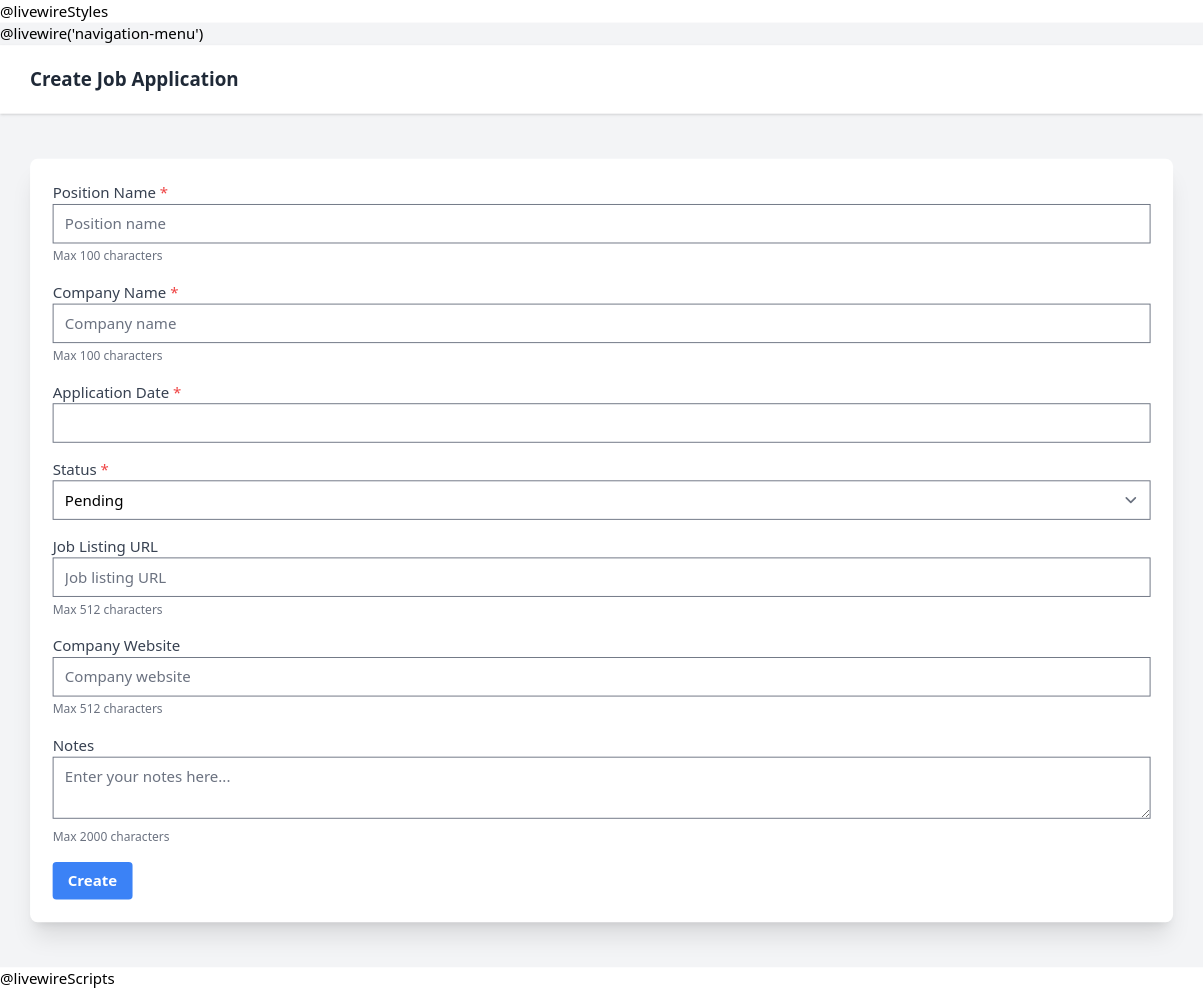
Repository: asanduk/vodafone
Page: resources/views/job-applications/create.blade.php
An editor plug-in stored every save of this project. The page is shown before and after the next save, followed by the edit.
The browser window is 1280 px wide. The pictures show the whole page, at 94% of full size.
An inner scrolling area shows only its first screen. The page is served by the project's Laravel application, run on PHP 8.4 with Laravel 12. The template is opened directly, without the code that normally fills it, so the values that code supplies are empty.

Above is the page before, as saved 2024-11-18 22:47:13.

After the next save:
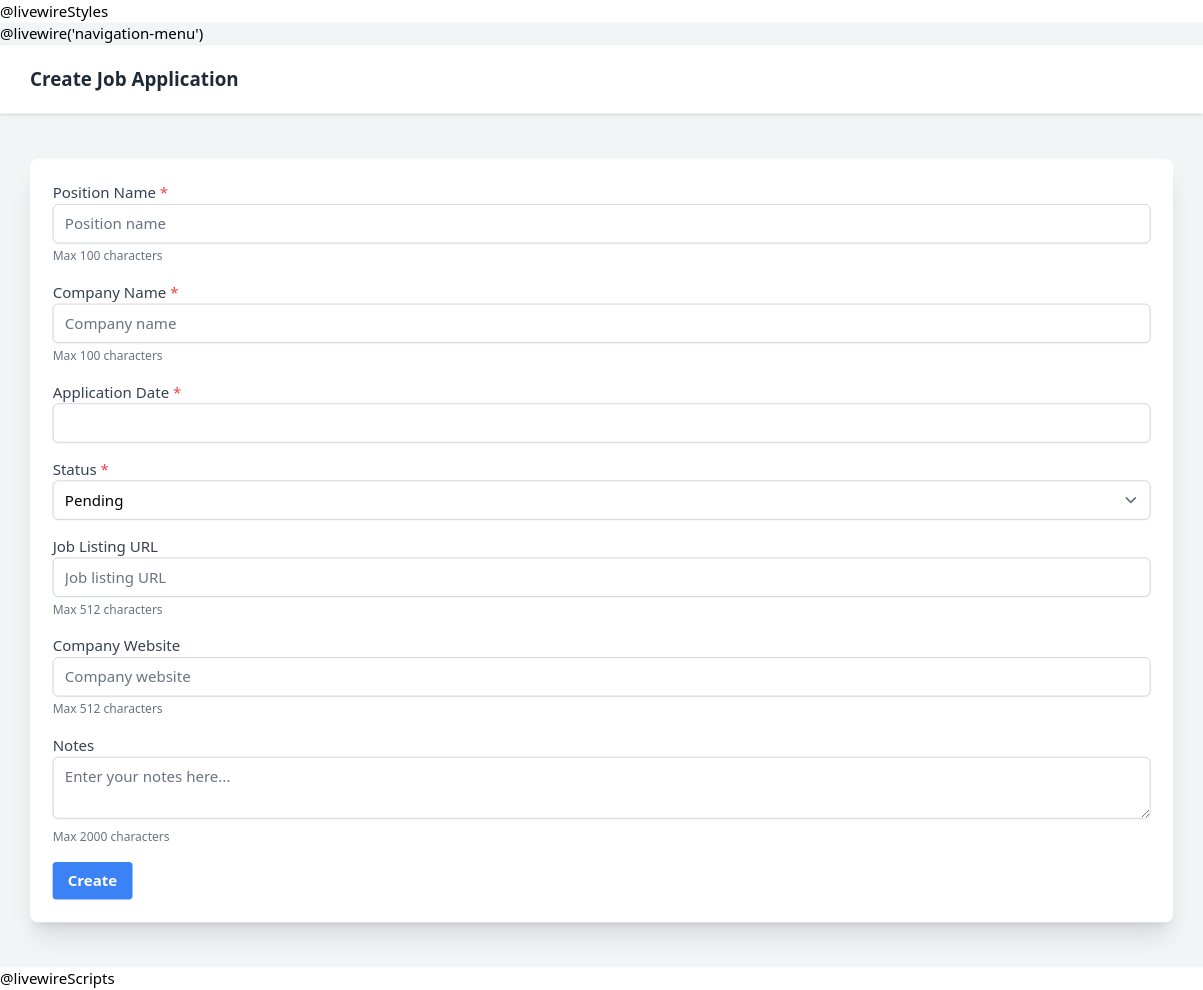
Saved 76 s later.
--- a/resources/views/job-applications/create.blade.php
+++ b/resources/views/job-applications/create.blade.php
@@ -12,25 +12,25 @@
                     @csrf
 
                     <div class="form-group mb-4">
-                        <label for="position" class="block text-gray-700">Position Name <span class="text-red-500">*</span></label>
-                        <input type="text" name="position" id="position" class="form-control w-full" required maxlength="100" placeholder="Position name">
+                        <label for="position" class="block text-gray-700 font-medium">Position Name <span class="text-red-500">*</span></label>
+                        <input type="text" name="position" id="position" class="form-control w-full border border-gray-300 rounded-md shadow-sm focus:ring focus:ring-blue-500" required maxlength="100" placeholder="Position name">
                         <small class="text-gray-500">Max 100 characters</small>
                     </div>
 
                     <div class="form-group mb-4">
-                        <label for="company_name" class="block text-gray-700">Company Name <span class="text-red-500">*</span></label>
-                        <input type="text" name="company_name" id="company_name" class="form-control w-full" required maxlength="100" placeholder="Company name">
+                        <label for="company_name" class="block text-gray-700 font-medium">Company Name <span class="text-red-500">*</span></label>
+                        <input type="text" name="company_name" id="company_name" class="form-control w-full border border-gray-300 rounded-md shadow-sm focus:ring focus:ring-blue-500" required maxlength="100" placeholder="Company name">
                         <small class="text-gray-500">Max 100 characters</small>
                     </div>
 
                     <div class="form-group mb-4">
-                        <label for="applied_at" class="block text-gray-700">Application Date <span class="text-red-500">*</span></label>
-                        <input type="date" name="applied_at" id="applied_at" class="form-control w-full" required>
+                        <label for="applied_at" class="block text-gray-700 font-medium">Application Date <span class="text-red-500">*</span></label>
+                        <input type="date" name="applied_at" id="applied_at" class="form-control w-full border border-gray-300 rounded-md shadow-sm focus:ring focus:ring-blue-500" required>
                     </div>
 
                     <div class="form-group mb-4">
-                        <label for="status" class="block text-gray-700">Status <span class="text-red-500">*</span></label>
-                        <select name="status" id="status" class="form-control w-full">
+                        <label for="status" class="block text-gray-700 font-medium">Status <span class="text-red-500">*</span></label>
+                        <select name="status" id="status" class="form-control w-full border border-gray-300 rounded-md shadow-sm focus:ring focus:ring-blue-500">
                             <option value="pending">Pending</option>
                             <option value="interview">Interview Scheduled</option>
                             <option value="rejected">Rejected</option>
@@ -39,20 +39,20 @@
                     </div>
 
                     <div class="form-group mb-4">
-                        <label for="job_listing_url" class="block text-gray-700">Job Listing URL</label>
-                        <input type="url" name="job_listing_url" id="job_listing_url" class="form-control w-full" maxlength="512" placeholder="Job listing URL">
+                        <label for="job_listing_url" class="block text-gray-700 font-medium">Job Listing URL</label>
+                        <input type="url" name="job_listing_url" id="job_listing_url" class="form-control w-full border border-gray-300 rounded-md shadow-sm focus:ring focus:ring-blue-500" maxlength="512" placeholder="Job listing URL">
                         <small class="text-gray-500">Max 512 characters</small>
                     </div>
 
                     <div class="form-group mb-4">
-                        <label for="company_website_url" class="block text-gray-700">Company Website</label>
-                        <input type="url" name="company_website_url" id="company_website_url" class="form-control w-full" maxlength="512" placeholder="Company website">
+                        <label for="company_website_url" class="block text-gray-700 font-medium">Company Website</label>
+                        <input type="url" name="company_website_url" id="company_website_url" class="form-control w-full border border-gray-300 rounded-md shadow-sm focus:ring focus:ring-blue-500" maxlength="512" placeholder="Company website">
                         <small class="text-gray-500">Max 512 characters</small>
                     </div>
 
                     <div class="form-group mb-4">
-                        <label for="notes" class="block text-gray-700">Notes</label>
-                        <textarea name="notes" id="notes" class="form-control w-full" maxlength="2000" placeholder="Enter your notes here..."></textarea>
+                        <label for="notes" class="block text-gray-700 font-medium">Notes</label>
+                        <textarea name="notes" id="notes" class="form-control w-full border border-gray-300 rounded-md shadow-sm focus:ring focus:ring-blue-500" maxlength="2000" placeholder="Enter your notes here..."></textarea>
                         <small class="text-gray-500">Max 2000 characters</small>
                     </div>
 
